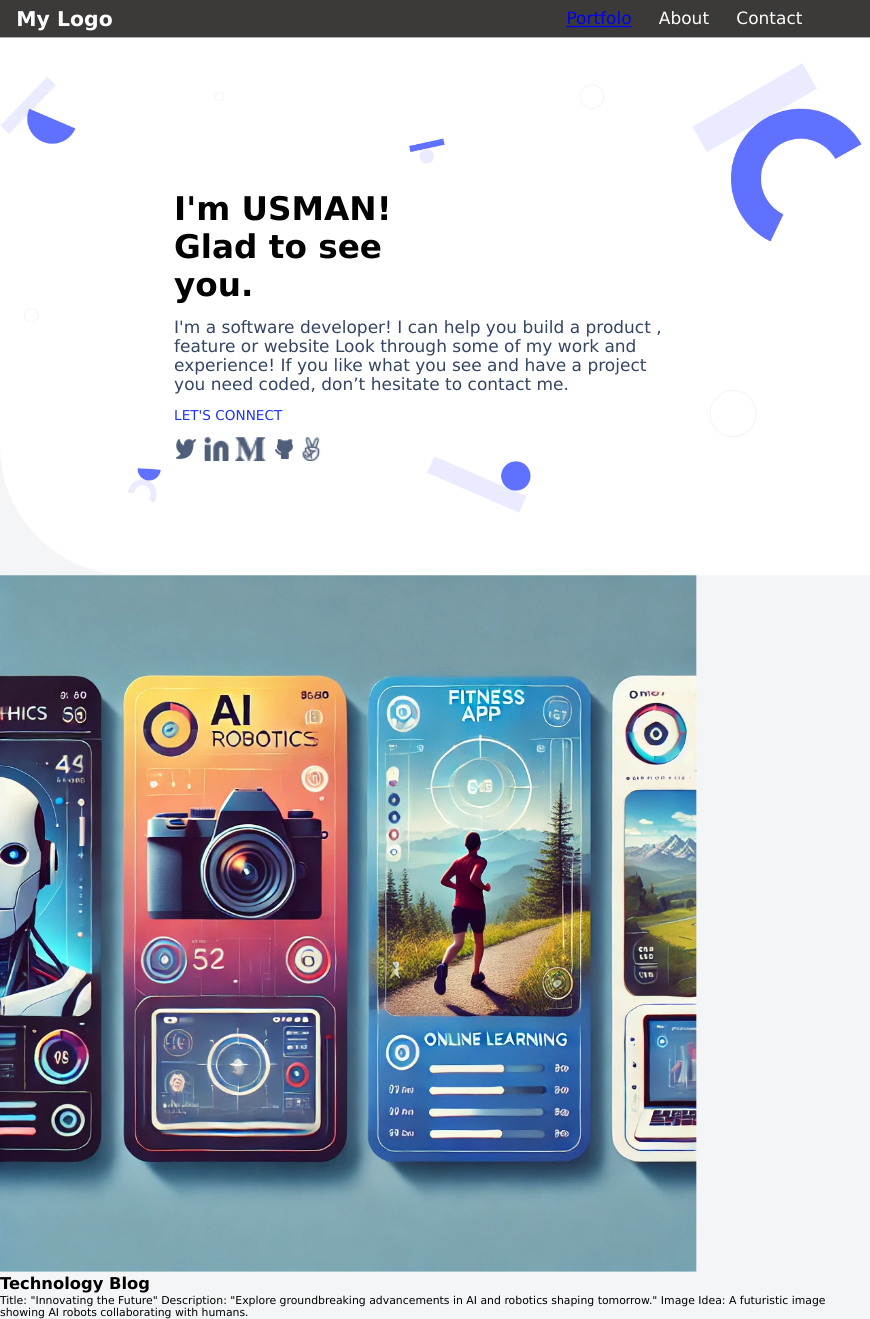
Repository: usman3123/portfolio-template-3
Page: portfolio.html
These files come from the project's save history. The page is drawn as it stood at one moment and after the next save; the edit follows.
The browser window is 1280 px wide. The pictures show the whole page, at 68% of full size.
Some web libraries are served in a nearby version.

Above is the page before, as saved 2025-01-24 23:19:02.

After the next save:
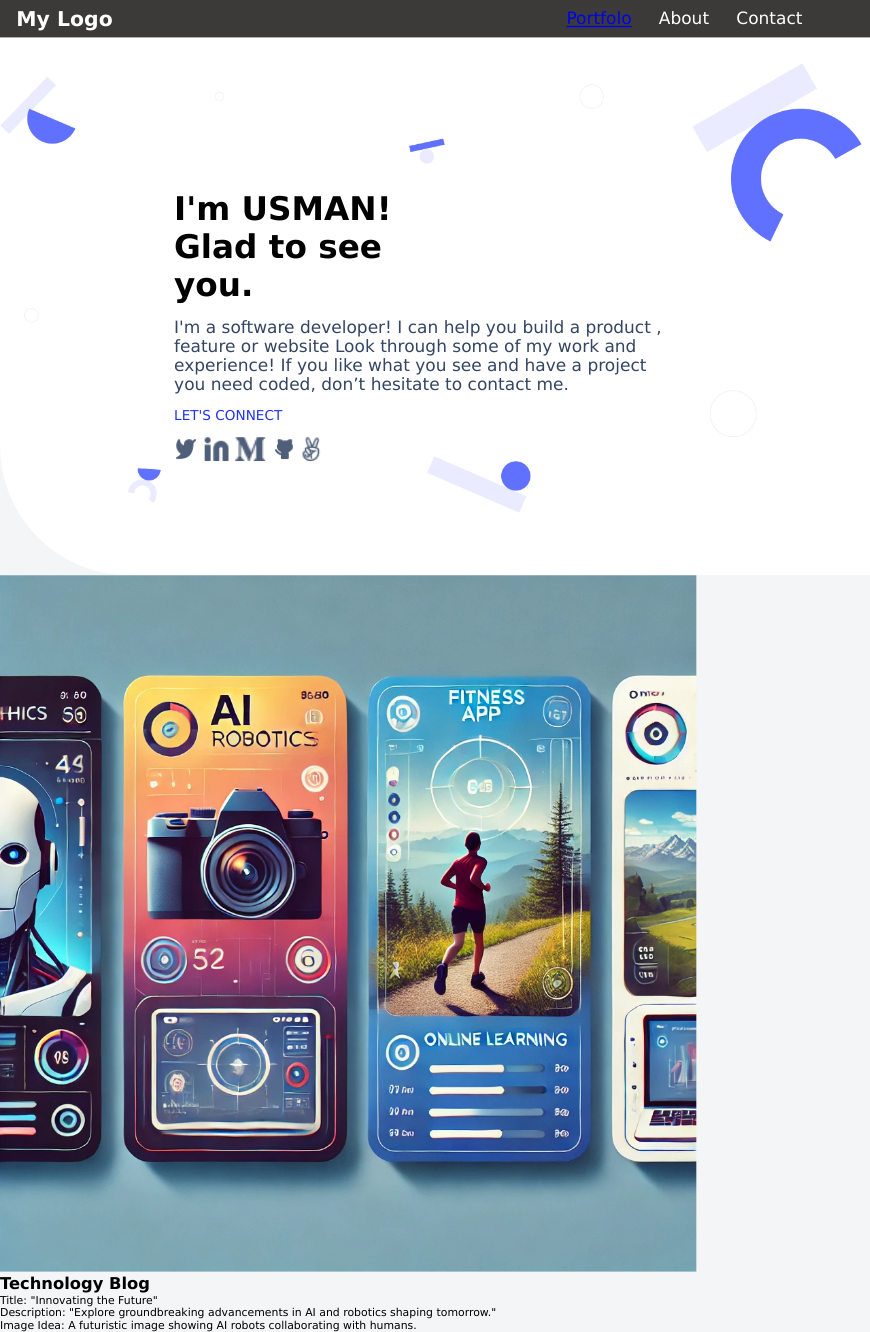
Saved 118 s later.
--- a/portfolio.html
+++ b/portfolio.html
@@ -61,11 +61,10 @@
       <img src="/assets/card-1img.webp" alt="CARD_!_IMG">
       <div class="card1-content">
         <h2>Technology Blog</h2>
-        <p class="content-p">
-          Title: "Innovating the Future"
-          Description: "Explore groundbreaking advancements in AI and robotics shaping tomorrow."
-          Image Idea: A futuristic image showing AI robots collaborating with humans.
-        </p>
+
+        <p class="content-p">Title: "Innovating the Future"</p>
+        <p class="content-p">Description: "Explore groundbreaking advancements in AI and robotics shaping tomorrow."</p>
+        <p class="content-p">Image Idea: A futuristic image showing AI robots collaborating with humans.</p>
 
 
       </div>
